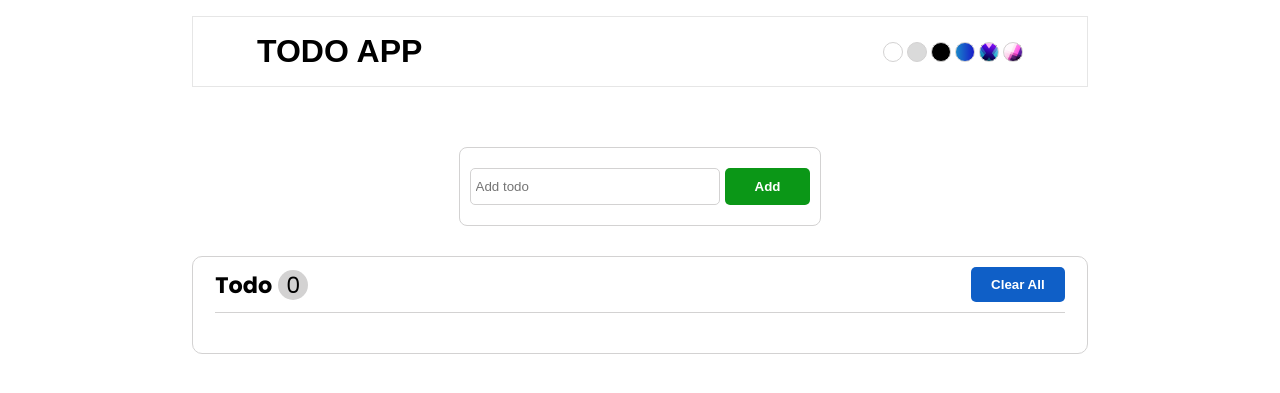
Repository: michalmilek/TodoApp
Page: /
These files come from the project's save history. The page is drawn as it stood at one moment and after the next save; the edit follows.
The browser window is 1280 px wide. The pictures show the whole page.
Some web fonts or font styles are not loaded; a fallback is used. The project was rebuilt for these pictures with package versions that can differ from the ones it lists, and the page was loaded fresh each time. Also part of the build but not shown: vite.config.js.

Above is the page before, as saved 2023-02-01 15:32:20.

### src/App.jsx
import { useState } from "react";
import "./App.css";
import AddTodo from "./components/AddTodo";
import Header from "./components/Header";
import ShowTodo from "./components/ShowTodo";

function App() {
  const [todolist, setTodolist] = useState(
    JSON.parse(localStorage.getItem("todolist")) || []
  );
  const [todo, setTodo] = useState({});
  return (
    <div className="App">
      <Header />
      <AddTodo
        todolist={todolist}
        setTodolist={setTodolist}
        todo={todo}
        setTodo={setTodo}
      />
      <ShowTodo
        todolist={todolist}
        setTodolist={setTodolist}
        todo={todo}
        setTodo={setTodo}
      />
    </div>
  );
}

export default App;

### src/index.css
@import url(https://fonts.googleapis.com/css?family=Poppins:100,100italic,200,200italic,300,300italic,regular,italic,500,500italic,600,600italic,700,700italic,800,800italic,900,900italic);
@import url(https://fonts.googleapis.com/css?family=Texturina:100,200,300,regular,500,600,700,800,900,100italic,200italic,300italic,italic,500italic,600italic,700italic,800italic,900italic);

*{
  box-sizing: border-box;
  margin: 0;
  padding: 0;
}

body{
  display: flex;
  flex-direction: column;
  align-items: center;
  justify-content: center;
  font-family: 'Poppins', sans-serif;
}

### src/App.css
header{
  display: flex;
  justify-content: space-between;
  align-items: center;
  width: 70vw;
  margin-top: 1rem;
  padding: 1rem 4rem;
  border: 1px solid rgb(230, 230, 230);
}

  .logo{
    font-family: 'Texturina', sans-serif;
  }

  .themeSelector{
    display: flex;
    gap: 4px;
  }

  .light{
  height: 20px;
  width: 20px;
  background-color: rgb(255, 255, 255);
  border: 1px solid rgb(211, 210, 210);;
  border-radius: 50%;
  display: inline-block;
  }

  .medium{
      height: 20px;
  width: 20px;
  background-color: rgb(218, 218, 218);
  border: 1px solid rgb(211, 210, 210);;
  border-radius: 50%;
  display: inline-block;
  }

  .dark{

      height: 20px;
  width: 20px;
  background-color: rgb(0, 0, 0);
  border: 1px solid rgb(211, 210, 210);
  border-radius: 50%;
  display: inline-block;
  }

  .g1{
    height: 20px;
  width: 20px;
  background: linear-gradient(90deg, #1888c9, #181bc9);;
  border: 1px solid rgb(211, 210, 210);
  border-radius: 50%;
  display: inline-block;
  }

  .g2{
    background: linear-gradient(235deg, #FFFFFF 0%, #000F25 100%), linear-gradient(180deg, #6100FF 0%, #000000 100%), linear-gradient(235deg, #FFA3AC 0%, #FFA3AC 40%, #00043C calc(40% + 1px), #00043C 60%, #005D6C calc(60% + 1px), #005D6C 70%, #00C9B1 calc(70% + 1px), #00C9B1 100%), linear-gradient(125deg, #FFA3AC 0%, #FFA3AC 40%, #00043C calc(40% + 1px), #00043C 60%, #005D6C calc(60% + 1px), #005D6C 70%, #00C9B1 calc(70% + 1px), #00C9B1 100%);
  background-blend-mode: soft-light, screen, darken, normal;
height: 20px;
  width: 20px;
  border: 1px solid rgb(211, 210, 210);
  border-radius: 50%;
  display: inline-block;
}

.g3{
  background: linear-gradient(125deg, #FFFFFF 0%, #000000 100%), linear-gradient(200deg, #FFD9E8 0%, #FFD9E8 50%, #DE95BA calc(50% + 1px), #DE95BA 60%, #7F4A88 calc(60% + 1px), #7F4A88 75%, #4A266A calc(75% + 1px), #4A266A 100%), linear-gradient(113deg, #FFD9E8 0%, #FFD9E8 40%, #DE95BA calc(40% + 1px), #DE95BA 50%, #7F4A88 calc(50% + 1px), #7F4A88 70%, #4A266A calc(70% + 1px), #4A266A 100%);
  background-blend-mode: overlay, overlay, normal;
  height: 20px;
  width: 20px;
  border: 1px solid rgb(211, 210, 210);
  border-radius: 50%;
  display: inline-block;
}


.addTodo {
  margin-top: 60px;
  display: flex;
  justify-content: center;
  align-items: center;
}

.addTodo form{
  padding: 20px 10px;
  background: rgb(255, 255, 255);
  border: 1px solid rgb(211, 210, 210);
  display: flex;
  gap: 5px;
  border-radius: 8px;
}

.addTodo form input{
  padding: 10px 5px;
  max-width: 350px;
  min-width: 250px;
  border: 1px solid rgb(211, 210, 210);
  outline: none;
  border-radius: 5px;
}

.addTodo form button{
  background: rgb(11, 151, 23);
  border: none;
  padding: 0 30px;
  border-radius: 5px;
  color: #fff;
  font-weight: bold;
  cursor: pointer;
}



.showTodo{
  margin-top: 30px;
  display: flex;
  flex-direction: column;
  justify-content: center;
  align-items: center;
  border-radius: 10px;
  border: 1px solid rgb(211, 210, 210);
}

.head{
  display: flex;
  width: 95%;
  padding: 10px 0px;
  justify-content: space-between;
  border-bottom: 1px solid rgb(211, 210, 210);
}

.head_Todo{
  display: flex;
  gap: 6px;
  justify-content: center;
  align-items: center;
}


.title{
  font-weight: bold;
  font-size: 1.4rem;
}

.count{
  display: flex;
  justify-content: center;
  align-items: center;
  border-radius: 50%;
  height: 30px;
  width: 30px;
  font-size: 1.4rem;
  background: rgb(211, 210, 210);
}

.clearAll{
    background: rgb(15, 95, 199);
  border: none;
  padding: 10px 20px;
  border-radius: 5px;
  color: #fff;
  font-weight: bold;
  cursor: pointer;
}

ul{
  padding: 20px 0;
  display: flex;
  width: 90%;
  list-style-type: none;
  justify-items: start;
  gap: 20px;
}

ul li{
  display: flex;
  gap: 35px;
  padding: 10px 10px;
  border-radius: 4px;
  border: 1px solid rgb(211, 210, 210);
  border-left: 5px solid rgb(15, 95, 199);
}

ul li p{
  display: flex;
  gap: 10px;
  flex-direction: column;
}

ul li p .titleTodo{
  font-weight: bold;
  font-size: 1.3rem;

}

ul li p .timeTodo{
  font-style: italic;
  color: rgb(131, 131, 131);

}


.icons svg{
height: 24px;
width: 24px;
}

.icons .pen{
  color: rgb(0, 81, 255);
}

.icons .trash{
  color: red;
}

### src/components/AddTodo.jsx
import React from "react";

const AddTodo = ({ todolist, setTodolist, todo, setTodo }) => {
  const handleSubmit = (e) => {
    e.preventDefault();

    if (todo.id) {
      const date = new Date();
      const updateTodolist = todolist.map((item) =>
        item.id === todo.id
          ? {
              id: todo.id,
              name: todo.name,
              time: `${date.toLocaleTimeString()} ${date.toLocaleDateString()}`,
            }
          : item
      );
      setTodolist(updateTodolist);
      setTodo({});
    } else {
      console.log(e.target.todo.value);
      const date = new Date();
      const newTask = {
        id: Math.random(),
        name: e.target.todo.value,
        time: `${date.toLocaleTimeString()} ${date.toLocaleDateString()}`,
      };
      setTodolist([...todolist, newTask]);
      e.target.todo.value = "";
    }
  };
  return (
    <section className="addTodo">
      <form onSubmit={handleSubmit}>
        <input
          type="text"
          name="todo"
          value={todo.name || ""}
          onChange={(e) => setTodo({ ...todo, name: e.target.value })}
          autoComplete="off"
          placeholder="Add todo"
          maxLength="25"
        />
        <button type="submit">{todo.id ? "Update" : "Add"}</button>
      </form>
    </section>
  );
};

export default AddTodo;

### src/components/Header.jsx
import React from "react";

const Header = () => {
  return (
    <header>
      <div className="logo">
        <h1>TODO APP</h1>
      </div>
      <div className="themeSelector">
        <span className="light"></span>
        <span className="medium"></span>
        <span className="dark"></span>
        <span className="g1"></span>
        <span className="g2"></span>
        <span className="g3"></span>
      </div>
    </header>
  );
};

export default Header;

### src/components/ShowTodo.jsx
import React from "react";
import { Icon } from "@iconify/react";

const ShowTodo = ({ todolist, setTodolist, todo, setTodo }) => {
  const handleEdit = (id) => {
    const selectedTodo = todolist.find((item) => item.id === id);
    console.log(selectedTodo);
    setTodo(selectedTodo);
  };

  const handleDelete = (id) => {
    const updatedTodoList = todolist.filter((item) => item.id !== id);
    setTodolist(updatedTodoList);
  };
  return (
    <div className="showTodo">
      <div className="head">
        <div className="head_Todo">
          <span className="title">Todo</span>
          <span className="count">{todolist.length}</span>
        </div>
        <button
          onClick={() => setTodolist([])}
          className="clearAll">
          Clear All
        </button>
      </div>
      <ul>
        {todolist.map((todo, index) => (
          <li key={index}>
            <p>
              <span className="titleTodo">{todo.name}</span>
              <span className="timeTodo">{todo.time}</span>
            </p>
            <div className="icons">
              <Icon
                onClick={() => handleEdit(todo.id)}
                className="pen"
                icon="material-symbols:edit"
              />
              <Icon
                onClick={() => handleDelete(todo.id)}
                className="trash"
                icon="mdi:trash"
              />
            </div>
          </li>
        ))}
      </ul>
    </div>
  );
};

export default ShowTodo;

Loaded but not shown: index.html (common file); src/main.jsx (common file)

After the next save:
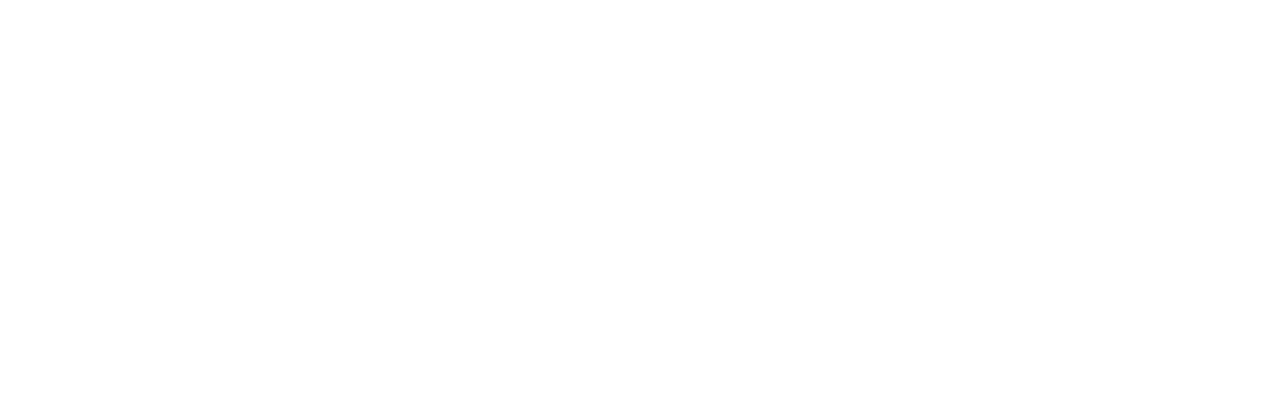
Console error: ReferenceError: tasklist is not defined
Saved 41 s later.
--- a/src/App.jsx
+++ b/src/App.jsx
@@ -1,4 +1,4 @@
-import { useState } from "react";
+import { useEffect, useState } from "react";
 import "./App.css";
 import AddTodo from "./components/AddTodo";
 import Header from "./components/Header";
@@ -9,6 +9,11 @@
     JSON.parse(localStorage.getItem("todolist")) || []
   );
   const [todo, setTodo] = useState({});
+
+  useEffect(() => {
+    localStorage.setItem("tasklist", JSON.stringify(tasklist));
+  }, [tasklist]);
+
   return (
     <div className="App">
       <Header />

After the 2 saves that followed:
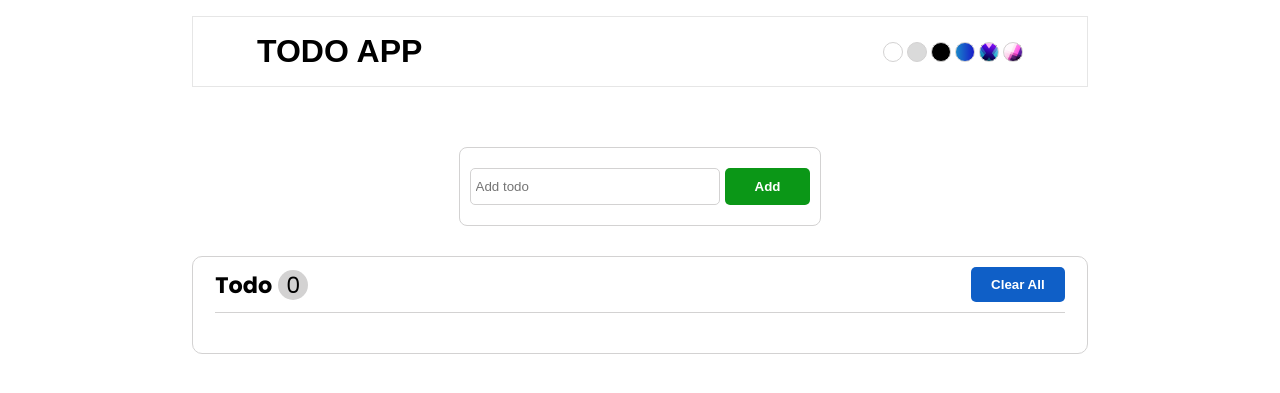
The error is gone.
The 2 saves are shown as one change because 1 left the picture as it was.
The last was saved 37 s later.
--- a/src/App.jsx
+++ b/src/App.jsx
@@ -11,8 +11,8 @@
   const [todo, setTodo] = useState({});
 
   useEffect(() => {
-    localStorage.setItem("tasklist", JSON.stringify(tasklist));
-  }, [tasklist]);
+    localStorage.setItem("todolist", JSON.stringify(todolist));
+  }, [todolist]);
 
   return (
     <div className="App">
